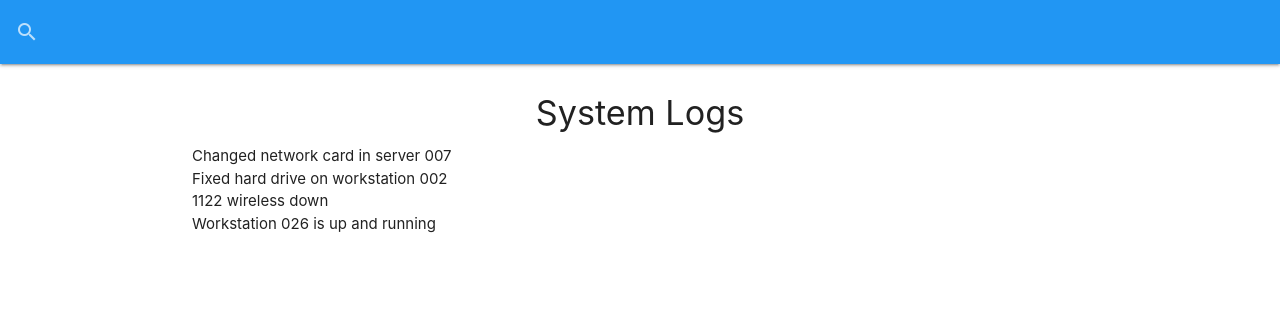
Repository: faraznisar/It-Logger
Page: /
These files come from the project's save history. The page is drawn as it stood at one moment and after the next save; the edit follows.
The browser window is 1280 px wide. The pictures show the whole page.
The project was rebuilt for these pictures with package versions that can differ from the ones it lists, and the page was loaded fresh each time. Requests to the local data server were answered from the project's data file. Also part of the build but not shown: src/App.css.

Above is the page before, as saved 2020-08-15 15:39:01.

### public/index.html
<!DOCTYPE html>
<html lang="en">
  <head>
    <meta charset="utf-8" />
    <meta name="viewport" content="width=device-width, initial-scale=1" />
    <meta name="theme-color" content="#000000" />
    <meta
      name="description"
      content="Web site created using create-react-app"
    />
    <link
      href="https://fonts.googleapis.com/icon?family=Material+Icons"
      rel="stylesheet"
    />

    <title>IT Logger</title>
  </head>
  <body>
    <noscript>You need to enable JavaScript to run this app.</noscript>
    <div id="root"></div>
  </body>
</html>

### src/App.js
import React, { useEffect, Fragment } from "react";
import "materialize-css/dist/css/materialize.min.css";
import M from "materialize-css/dist/js/materialize.min.js";
import "./App.css";

import SearchBar from "./components/layout/SearchBar";
import Logs from "./components/logs/Logs";

function App() {
  useEffect(() => {
    M.AutoInit();
  });
  return (
    <Fragment>
      <SearchBar />
      <div className="container">
        <Logs />
      </div>
    </Fragment>
  );
}

export default App;

### src/components/layout/SearchBar.js
import React from "react";

const SearchBar = () => {
  return (
    <nav style={{ marginBottom: "30px" }} className="blue">
      <div className="nav-wrapper">
        <form>
          <div className="input-field">
            <input id="search" type="search" />
            <label className="label-icon" htmlFor="search">
              <i className="material-icons">search</i>
            </label>
            <i className="material-icons">close</i>
          </div>
        </form>
      </div>
    </nav>
  );
};

export default SearchBar;

### src/components/logs/Logs.js
import React, { useState, useEffect } from "react";

const Logs = () => {
  const [logs, setLogs] = useState([]);

  const [loading, setLoading] = useState(false);

  useEffect(() => {
    getLogs();
    //eslint-disable-next-line
  }, []);

  const getLogs = async () => {
    setLoading(true);
    const res = await fetch("/logs");
    const data = await res.json();

    setLogs(data);
    setLoading(false);
  };

  if (loading) {
    return <h4>Loading...</h4>;
  }
  return (
    <ul className="collection-with-header">
      <li className="collection-header">
        <h4 className="center">System Logs</h4>
      </li>
      {!loading && logs.length === 0 ? (
        <p className="center">No logs to display...</p>
      ) : (
        logs.map((log) => <li>{log.message}</li>)
      )}
    </ul>
  );
};

export default Logs;

### db.json
{
  "logs": [
    {
      "message": "Changed network card in server 007",
      "attention": false,
      "tech": "Sam Smith",
      "date": "2019-05-31T15:46:10.179Z",
      "id": 1
    },
    {
      "id": 2,
      "message": "Fixed hard drive on workstation 002",
      "attention": false,
      "tech": "John Doe",
      "date": "2019-05-31T16:18:04.245Z"
    },
    {
      "message": "1122 wireless down",
      "attention": true,
      "tech": "Sara Wilson",
      "date": "2019-05-31T15:46:48.690Z",
      "id": 3
    },
    {
      "id": 4,
      "message": "Workstation 026 is up and running",
      "attention": false,
      "tech": "Sara Wilson",
      "date": "2019-05-31T19:57:35.544Z"
    }
  ],
  "techs": [
    {
      "id": 1,
      "firstName": "John",
      "lastName": "Doe"
    },
    {
      "id": 2,
      "firstName": "Sam",
      "lastName": "Smith"
    },
    {
      "id": 3,
      "firstName": "Sara",
      "lastName": "Wilson"
    },
    {
      "firstName": "Faraz",
      "lastName": "Shah",
      "id": 4
    }
  ]
}

Loaded but not shown: src/index.js (common file)

After the next save:
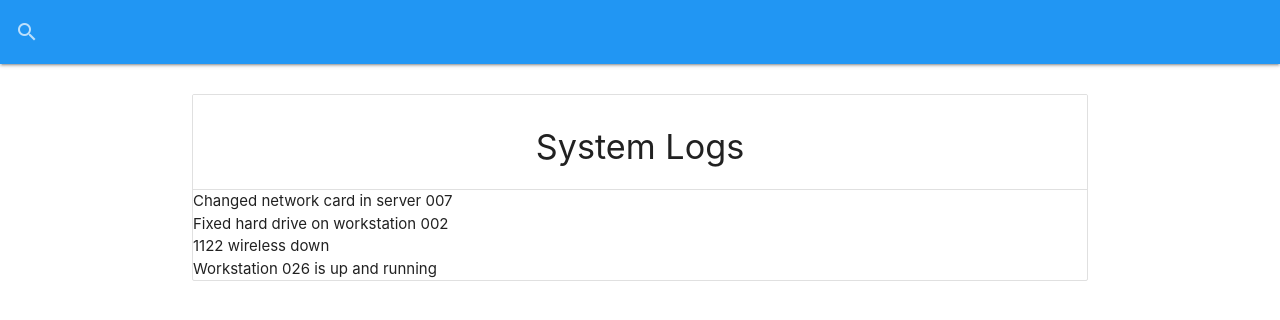
Saved 66 s later.
--- a/src/components/logs/Logs.js
+++ b/src/components/logs/Logs.js
@@ -23,7 +23,7 @@ const Logs = () => {
     return <h4>Loading...</h4>;
   }
   return (
-    <ul className="collection-with-header">
+    <ul className="collection with-header">
       <li className="collection-header">
         <h4 className="center">System Logs</h4>
       </li>
